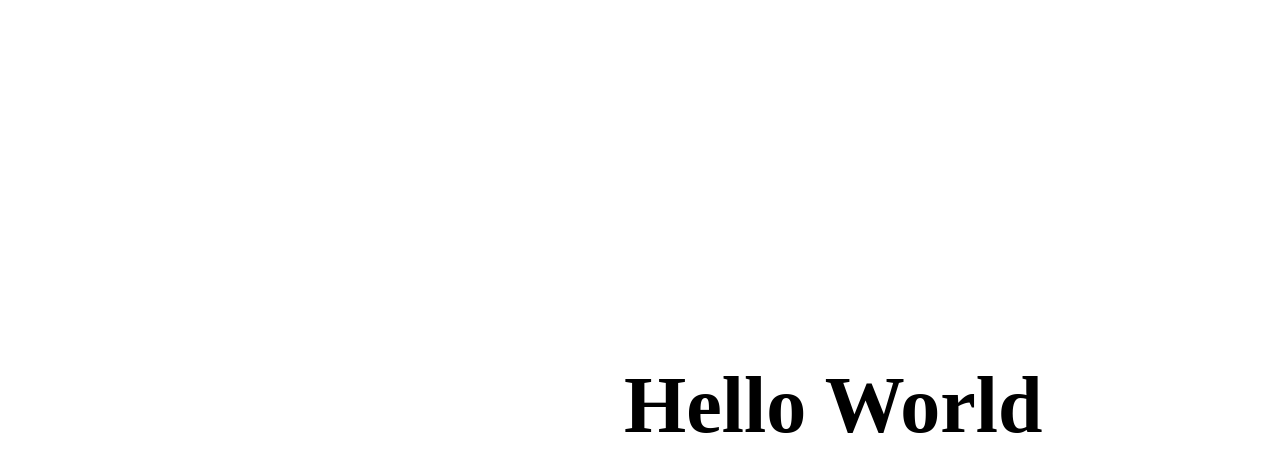
Repository: sarahlochhead/css-demo
Page: index.html
An editor plug-in stored every save of this project. The page is shown before and after a run of saves, followed by the edit.
The browser window is 1280 px wide. The pictures show the whole page.

Above is the page before, as saved 2023-04-28 12:19:08.

### index.html
<!DOCTYPE html>
<html lang="en">
<head>
    <meta charset="UTF-8">
    <meta http-equiv="X-UA-Compatible" content="IE=edge">
    <meta name="viewport" content="width=device-width, initial-scale=1.0">
    <title>Light It Up Demo</title>
    <link rel="stylesheet" href="styles.css">
</head>
<body>
    <header>
        <h1>Hello World</h1>
    </header>
   <div class="small">

   </div>





</body>
</html>

### styles.css
@charset "utf-8";

body {
    display: flex;
    justify-content: center;
    align-items: center;
}

h1 {
    position: absolute;
    top: 50%;
    font-size: 5rem;
    margin: 0 auto;
}

.small {
    height: 2rem;
    width: 2rem;
    border-radius: 100%;
    ba


}

After the next 2 saves:
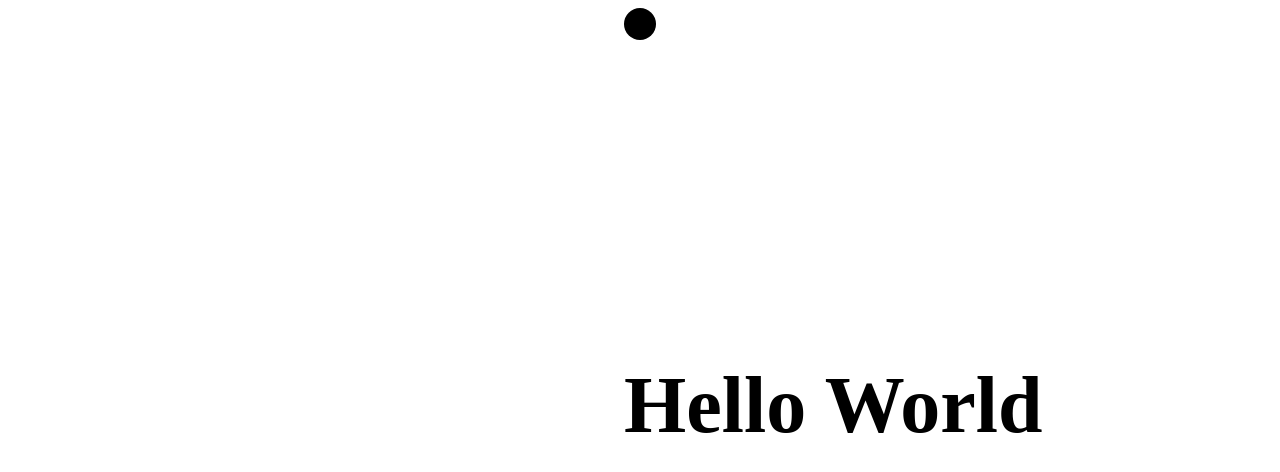
The 2 saves are shown as one change because they came seconds apart.
The last was saved 6 s later.
--- a/styles.css
+++ b/styles.css
@@ -17,7 +17,6 @@ h1 {
     height: 2rem;
     width: 2rem;
     border-radius: 100%;
-    ba
-
+    background-color: black;
 
 }
